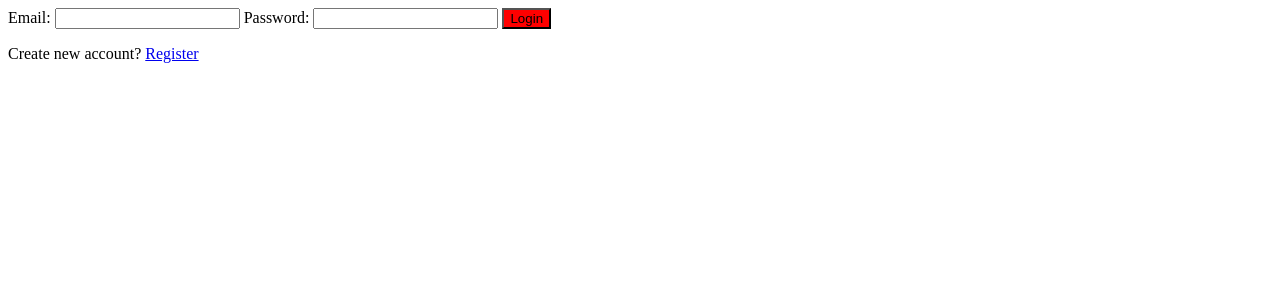
Repository: nguyenpr9/test1
Page: http://localhost/product-delete.php
The author's editor kept a copy of each file at every save. The page is drawn from the files as they stood at one save, then again after the next save.
The browser window is 1280 px wide. The pictures show the whole page.
The page is run by PHP 8.4 with error messages shown; the project is at /var/www/html/.

Above is the page before, as saved 2023-09-07 17:43:22.

After the next save:
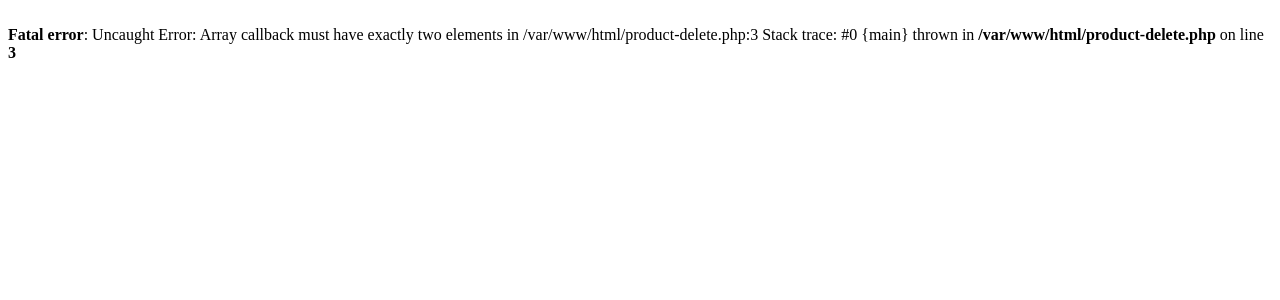
Saved 48 s later.
--- a/product-delete.php
+++ b/product-delete.php
@@ -1,46 +1,6 @@
 <?php
 include_once("./handle/funtion.php");
-$users = readFileToData("./data/user.json");
-// kiem tra method request
-// $_SERVER bien toan cuc, chua thong tin server
-if ($_SERVER['REQUEST_METHOD'] == 'POST') {
-    // get data tu request
-    $email = $_REQUEST['email'];
-    $password = $_REQUEST['password'];
-    $checkUser = checkUser($users, $email, $password);
-    if ($checkUser) {
-        header('Location: home.php');
-    } else {
-        $errMsg = 'Account not exist';
-    }
+if(!empty($_GET('id'))) {
+    deleteProduct($_GET('id'));
 }
 ?>
-
-
-<!doctype html>
-<html lang="en">
-
-<head>
-    <meta charset="UTF-8">
-    <meta name="viewport" content="width=device-width, user-scalable=no, initial-scale=1.0, maximum-scale=1.0, minimum-scale=1.0">
-    <meta http-equiv="X-UA-Compatible" content="ie=edge">
-    <title>Document</title>
-    <link rel="stylesheet" href="css/style.css">
-</head>
-
-<body>
-    <form action="" method="post">
-        Email: <input id="email" type="email" name="email">
-        Password: <input type="password" name="password">
-        <button type="submit">Login</button>
-        <?php
-        // isset ham kiem tra ton tai
-        if (isset($errMsg)) {
-            echo $errMsg;
-        }
-        ?>
-    </form>
-    <p>Create new account? <a href="register.php">Register</a></p>
-</body>
-
-</html>
